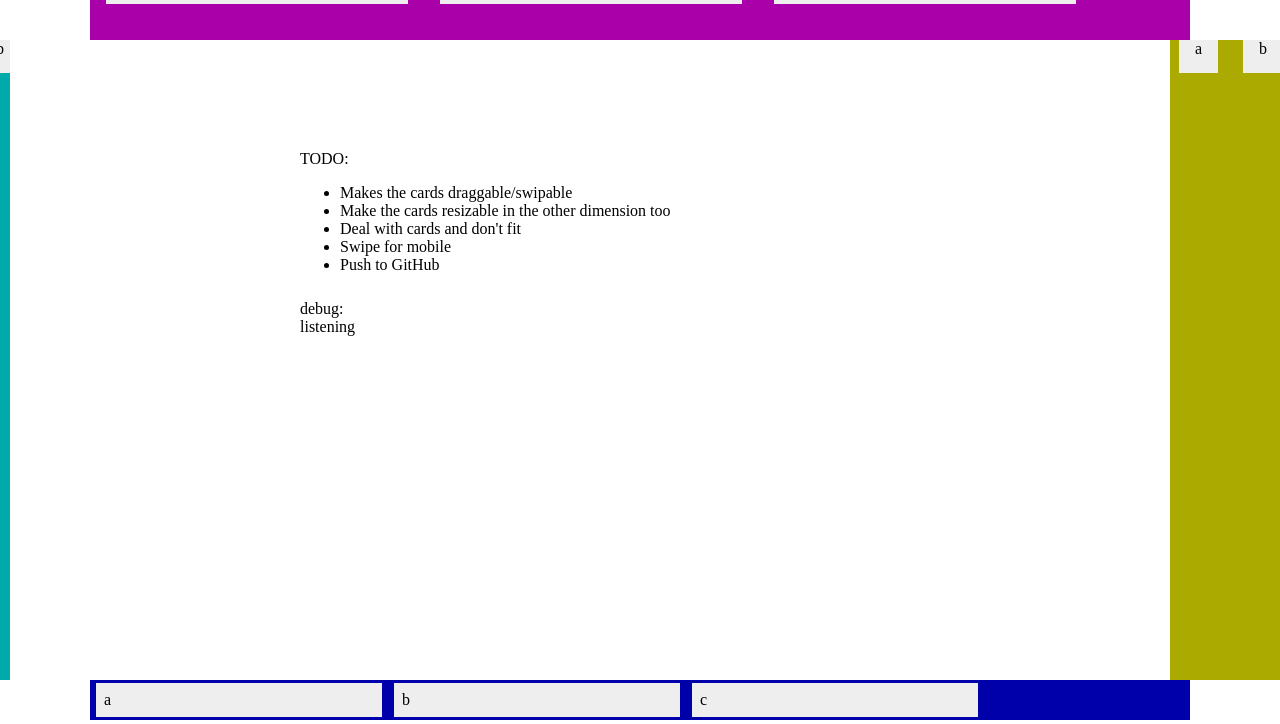
Repository: pnazeran/test
Page: www/gui.html
The author's editor kept a record of every edit. The page is drawn from the files as they stood at one moment, then again after the next edit.
The browser window is 1280 px wide. The pictures show the whole page.
Some web libraries are served in a nearby version.

Above is the page before.

### www/gui.html
<!DOCTYPE html>
<html lang="en">
<head>
    <meta name="viewport" content="user-scalable=no">
    <script src="https://hammerjs.github.io/dist/hammer.min.js"></script>
	<script src="https://ajax.googleapis.com/ajax/libs/angularjs/1.3.2/angular.js"></script>
    <script src="https://code.jquery.com/jquery-2.1.1.js"></script>
    <script src="velocity.min.js"></script>
    <script src="velocity.ui.js"></script>
    <script src="https://www.polymer-project.org/components/webcomponentsjs/webcomponents.js"></script>

    <link rel="import" href="https://www.polymer-project.org/components/paper-shadow/paper-shadow.html">
    <link rel="import" href="https://www.polymer-project.org/components/paper-ripple/paper-ripple.html">
    <script src="gui.js"></script>
</head>
<body ng-app="modone" style="overflow:hidden">
    <div ng-controller="DeskCtrl">
        <pane id=toppane side='top' init-open='false' height=250 bgc="#a0a" zi=3></pane>
        <pane id=leftpane side='left' init-open='false' width=200 bgc="#0aa" zi=1></pane>
        <pane id=rightpane side='right' init-open='true' width=200 bgc="#aa0" zi=2></pane>
        <pane id=bottompane side='bottom' init-open='true' height=40 bgc="#00a" zi=4></pane>
        <div style="position:absolute;top:150px;left:300px">
            TODO: <br>
            <ul>
                <li>Makes the cards draggable/swipable</li>
                <li>Make the cards resizable in the other dimension too</li>
                <li>Deal with cards and don't fit</li>
                <li>Swipe for mobile</li>
                <li>Push to GitHub</li>
            </ul>
        </div>
        <div id=debug style="position:absolute;top:300px;left:300px">
            debug: <br>
            {{debug}}
        </div>
    </div>
</body>

### www/gui.js
modone = angular.module('modone', [])
    .controller('DeskCtrl', ['$scope', function($scope) {
        $scope.name = 'Desk Controller'
        $scope.skyts = ['a', 'b', 'c']
        $scope.debug='listening'
        $scope.$on('swipeleft', function() {
            $scope.debug= 'swipeleft'
        })
        $scope.$on('swiperight', function() {
            $scope.debug= 'swiperight'
        })
    }])
    .directive('pane', function($rootScope) {
        return {
            link: function(scope, el, attr) {
                var setting = {'border': {'top': 40, 'bottom': 40, 'right': 90, 'left': 90}}
                var width = scope.width || 100
                var height = scope.height || 100
                scope._height = height
                var bgc = scope.bgc || "#aaa"
                var side = scope.side
                scope.skyts = scope.$parent.skyts

                scope.name = 'Pane Directive'
                scope.style3 = {'overflow': 'hidden', 'display': 'inline-block', 'width': '100%', 'height': '100%'}
                scope.style2 = {'position': 'absolute', "background-color": bgc, 'top': '0px', 'bottom': '0px', 'left': (side=='right'?setting.border.right:0) + 'px', 'right': (side=='left'?setting.border.left:0) + 'px'}
                scope.style = {'position': 'absolute', 'z-index': scope.zi}
                if(scope.side == 'left' || scope.side == 'right') {
                    scope.style['top'] = setting.border.top + 'px'
                    scope.style['bottom'] = setting.border.bottom + 'px'
                    scope.style['width'] = width + 'px'
                    scope.style[scope.side] = (scope.initOpen?0:(setting.border[side] + 10 - width)) + 'px'
                }
                if(scope.side == 'top' || scope.side == 'bottom') {
                    scope.style['left'] = setting.border.left + 'px'
                    scope.style['right'] = setting.border.right + 'px'
                    scope.style['height'] = height + 'px'
                    scope.style[scope.side] = (scope.initOpen?0:(setting.border[side] - height)) + 'px'
                }

                var slideIn = function(list, direction, slide) {
                    var seq = []
                    var anim = {'opacity': 0}
                    anim['translate' + direction] = slide + 'px'
                    list.velocity(anim, {'duration': 0})
                    anim['opacity'] = 1
                    anim['translate' + direction] = '0px'
                    for(x in list)
                        seq.push({'elements': list[x], 'properties': anim, 'options': {'duration': 400, 'sequenceQueue': false, 'delay': x * 50}})
                    $.Velocity.RunSequence(seq)
                }
                var o = {'parent': angular.element(el[0]).children()[0]}
                o['child'] = angular.element(o.parent).children()[0]
                o['grandchildren'] = angular.element(angular.element(el[0]).children()[0]).children()[0].children

                var hO = new Hammer(el[0])
                var hI = new Hammer(o.parent)
                hI.on('tap', function(e) {
                    var animation = {}
                    animation[side] = 0
                    if(parseInt($(el[0]).css(side)) >= 0)
                        animation[side] =  setting.border[side] - (side=='top' || side=='bottom'?height:width-10)
                    else
                        slideIn($(o.grandchildren), (side=='top'||side=='bottom'?'Y':'X'), (side=='top'||side=='left'?-80:80))
                    $(el[0]).velocity(animation, {'duration': 200, 'easing': 'easeOutCubic'})
                })
                hI.on('panmove', function(e) {
                    if(parseInt($(el[0]).css(side)) >= 0) {
                        if(side == 'left' || side == 'right')
                            $(el[0]).css('width', Math.max(setting.border[side], width + e.deltaX * (side=='right'?-1:1)) + 'px')
                        else
                            $(el[0]).css('height', Math.max(setting.border[side], height + e.deltaY * (side=='bottom'?-1:1)) + 'px')
                        if(side == 'top' || side == 'bottom')
                            $(o.grandchildren).css('height', Math.max(setting.border[side], height + e.deltaY * (side=='bottom'?-1:1)) - (side=='top'?84:0) - (side=='bottom'?22:0) + 'px')
                    }
                })
                hI.on('panend', function(e) {
                    width = parseInt($(el[0]).css('width'))
                    height = parseInt($(el[0]).css('height'))
                    if(side == 'top' || side == 'bottom')
                        $(o.grandchildren).css('height', height - (side=='top'?84:0) - (side=='bottom'?22:0) + 'px')
                })
                hO.on('swipeleft', function(e) {
                    $rootScope.$broadcast('swipeleft')
                    var animation = {}
                    animation[side] = 0
                    if(side == 'left' || side == 'right') {
                        if(side == 'right')
                            slideIn($(o.grandchildren), (side=='top'||side=='bottom'?'Y':'X'), (side=='top'||side=='left'?-80:80))
                        else
                            animation[side] = 10+ setting.border[side] - (side=='top' || side=='bottom'?height:width)
                        $(el[0]).velocity(animation, {'duration': 200, 'easing': 'easeOutCubic'})
                    }
                })
                hO.on('swiperight', function(e) {
                    $rootScope.$broadcast('swiperight')
                    var animation = {}
                    animation[side] = 0
                    if(side == 'left' || side == 'right') {
                        if(side == 'left')
                            slideIn(o.grandchildren, (side=='top'||side=='bottom'?'Y':'X'), (side=='top'||side=='left'?-80:80))
                        else
                            animation[side] = 10+ setting.border[side] - (side=='top' || side=='bottom'?height:width)
                        $(el[0]).velocity(animation, {'duration': 200, 'easing': 'easeOutCubic'})
                    }
                })

            },
			restrict: 'E',
			replace: true,
			scope: {side: '@',
			        initOpen: '=',
			        width: '=',
			        height: '=',
			        bgc: '@',
			        zi: '='
			    },
		    transclude: true,
			template: '<div ng-style="style">' +
			            '<paper-shadow z="{{zi}}" ng-style="style2">' +
			                '<div ng-style="style3">' +
			                    '<card side="{{side}}" height=167 ng-repeat="skyt in skyts">{{skyt}}</card>' +
			                '</div>' +
			            '</paper-shadow>' +
			          '</div>'
		}
    }).directive('card', function() {
        return {
            link: function(scope, el, attr) {
                var setting = {'border': 40}
                var side = scope.$parent.$parent.side
                var bgc = '#eee'
                scope.height = scope.$parent.$parent._height - (side=='top'?84:0) - (side=='bottom'?22:0)
                scope.style={'padding': '16px'
                            , 'margin-top': '16px'
                            , 'margin-left': '16px'
                            , 'margin-right': '16px'
                            , 'margin-bottom': '16px'
                            , 'background-color': bgc
                }
                if(side == 'top' || side == 'bottom'){
                    scope.style['width'] = '270px'
                    scope.style['height'] = scope.height + 'px'
                    scope.style['display'] = 'inline-block'
                    if(side == 'top')
                        scope.style['margin-bottom'] = setting.border - 3 + 'px'
                    else {
                        scope.style['padding'] = '8px'
                        scope.style['margin-top'] = '3px'
                        scope.style['margin-left'] = '6px'
                        scope.style['margin-right'] = '6px'
                        scope.style['margin-bottom'] = '2px'
                    }
                } else {
                    scope.style['height'] ='24px'
                    if(side == 'right')
                        scope.style['margin-left'] = setting.border - 30 - 1 + 'px'
                    else
                        scope.style['margin-right'] = setting.border - 30 - 1 + 'px'
                }
            },
            restrict: 'E',
            replace: true,
            scope: {},
            transclude: true,
            template: '<paper-shadow z="1" ng-style="style"><ng-transclude></ng-transclude></paper-shadow> '
        }
    })

Loaded but not shown: www/velocity.min.js (library); www/velocity.ui.js (753 lines, source omitted)

After the next edit:
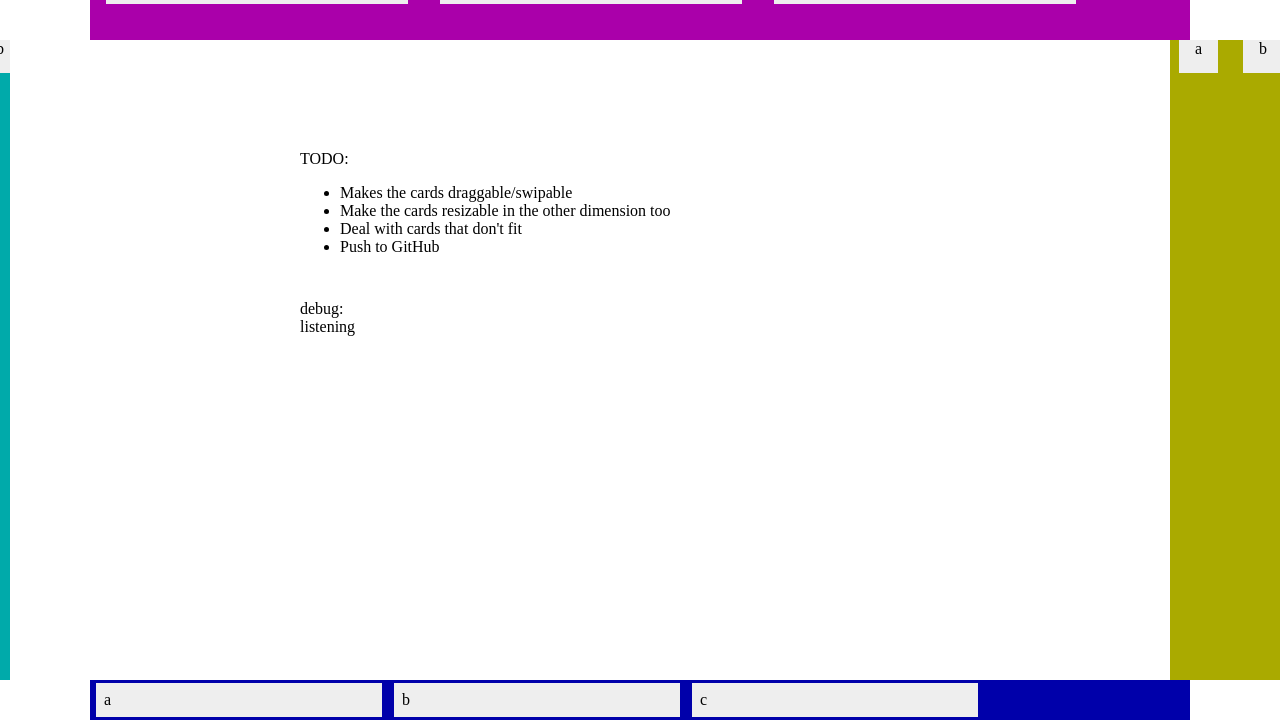
The edit:
--- a/www/gui.html
+++ b/www/gui.html
@@ -24,8 +24,7 @@
             <ul>
                 <li>Makes the cards draggable/swipable</li>
                 <li>Make the cards resizable in the other dimension too</li>
-                <li>Deal with cards and don't fit</li>
-                <li>Swipe for mobile</li>
+                <li>Deal with cards that don't fit</li>
                 <li>Push to GitHub</li>
             </ul>
         </div>
